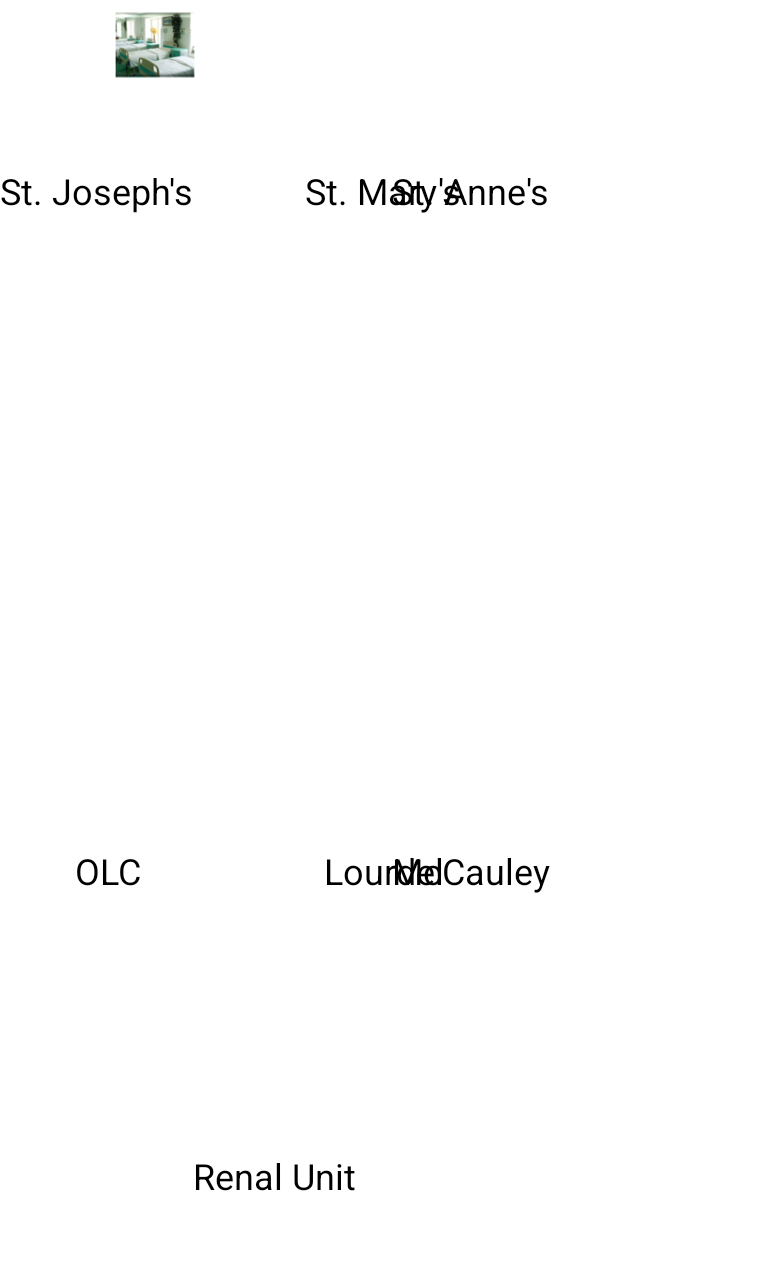
Repository: erwasambo/greendevelopment
Layout: GreenDevelopment/NASCuisine/res/layout/patientdash.xml
These files come from the project's save history. The layout is drawn as it stood at one moment and after the next save; the edit follows.
It is drawn on a 768 x 1280 px phone screen (xhdpi) without system bars, with theme AppTheme; the app's code is not run.

Above is the layout before, as saved 2013-12-03 04:30:59.

### GreenDevelopment/NASCuisine/res/layout/patientdash.xml
<?xml version="1.0" encoding="utf-8"?>
<RelativeLayout xmlns:android="http://schemas.android.com/apk/res/android"
    android:layout_width="match_parent"
    android:layout_height="match_parent" >

    <TextView
        android:id="@+id/textView2"
        android:layout_width="wrap_content"
        android:layout_height="wrap_content"
        android:layout_alignBaseline="@+id/textView1"
        android:layout_alignBottom="@+id/textView1"
        android:layout_centerHorizontal="true"
        android:text="@string/stmary"
        android:textAppearance="?android:attr/textAppearanceMedium" />

    <TextView
        android:id="@+id/textView7"
        android:layout_width="wrap_content"
        android:layout_height="wrap_content"
        android:layout_alignParentBottom="true"
        android:layout_marginBottom="40dp"
        android:layout_toRightOf="@+id/textView1"
        android:text="@string/renal"
        android:textAppearance="?android:attr/textAppearanceMedium" />

    <TextView
        android:id="@+id/textView4"
        android:layout_width="wrap_content"
        android:layout_height="wrap_content"
        android:layout_above="@+id/textView7"
        android:layout_alignRight="@+id/textView1"
        android:layout_marginBottom="128dp"
        android:layout_marginRight="26dp"
        android:text="@string/olc"
        android:textAppearance="?android:attr/textAppearanceMedium" />

    <TextView
        android:id="@+id/textView5"
        android:layout_width="wrap_content"
        android:layout_height="wrap_content"
        android:layout_alignBaseline="@+id/textView4"
        android:layout_alignBottom="@+id/textView4"
        android:layout_centerHorizontal="true"
        android:text="@string/lourdel"
        android:textAppearance="?android:attr/textAppearanceMedium" />

    <TextView
        android:id="@+id/textView1"
        android:layout_width="wrap_content"
        android:layout_height="wrap_content"
        android:layout_alignParentLeft="true"
        android:layout_alignParentTop="true"
        android:layout_marginTop="83dp"
        android:text="@string/stjoseph"
        android:textAppearance="?android:attr/textAppearanceMedium" />

    <TextView
        android:id="@+id/textView3"
        android:layout_width="wrap_content"
        android:layout_height="wrap_content"
        android:layout_alignBaseline="@+id/textView2"
        android:layout_alignBottom="@+id/textView2"
        android:layout_marginLeft="18dp"
        android:layout_toRightOf="@+id/textView7"
        android:text="@string/stanne"
        android:textAppearance="?android:attr/textAppearanceMedium" />

    <TextView
        android:id="@+id/textView6"
        android:layout_width="wrap_content"
        android:layout_height="wrap_content"
        android:layout_alignBaseline="@+id/textView5"
        android:layout_alignBottom="@+id/textView5"
        android:layout_alignRight="@+id/textView3"
        android:text="@string/mccauley"
        android:textAppearance="?android:attr/textAppearanceMedium" />

    <ImageView
        android:id="@+id/imageView1"
        android:layout_width="80dp"
        android:layout_height="80dp"
        android:layout_above="@+id/textView2"
        android:layout_alignLeft="@+id/textView4"
        android:layout_marginBottom="38dp"
        android:src="@drawable/joseph" />

</RelativeLayout>

### GreenDevelopment/NASCuisine/res/values/strings.xml
<?xml version="1.0" encoding="utf-8"?>
<resources>

    <string name="app_name">NAS Cuisine</string>
     <string name="app_namelogin">NAS Cuisine - Log in</string>




    <string name="action_settings">Settings</string>
    <string name="activity_scrollview">ScrollView</string>
    <string name="activity_listview">ListView</string>
    <string name="activity_gridview">GridView</string>
    <string name="activity_webview">WebView</string>
    <string name="activity_fragment_tabs">Fragments + Tabs</string>
    <string name="activity_fragment_tabs_vp">Fragments + Tabs + ViewPager</string>
    <string name="pref_title_stick_container">Stick layer to</string>
    <string name="pref_title_show_shadow">Show shadow</string>
    <string name="pref_title_show_offset">Closed offset</string>
    <string name="open_button_container">Open</string>
    <string name="close_button_container">Close</string>
	<string name="title_activity_main">PayPal Access</string>
    <string name="title_activity_login">Login</string>
    <string name="btn_login">Login with PayPal</string>
    <string name="progress_loading_title">Loading&#8320;</string>
    <string name="progress_loading_msg">Login is possible in a few seconds</string>
    <string name="toast_login_ok">Logged in</string>
    <string name="toast_login_failed">Login failed</string>
    <string name="login_description">This enables the user to use his PayPal credentials to login. Thus he doesn\'t have to create yet another account and remember yet another password.</string>
	<string name="login_oauth">OAuth 2.0</string>
	<string name="login_openid">OpenID</string>

    <string name="swipe_label">Swipe!</string>
    <string name="swipe_left_label">Swipe left!</string>
    <string name="swipe_right_label">Swipe right!</string>
    <string name="swipe_up_label">Swipe up!</string>
    <string name="swipe_down_label">Swipe down!</string>

    <string name="label_right">Right</string>
    <string name="label_left">Left</string>
    <string name="label_middle">Middle</string>
    <string name="label_top">Top</string>
    <string name="label_bottom">Bottom</string>

    <string name="not_applicable">n/a</string>

    <string-array name="pref_list_titles">
        <item>@string/label_right</item>
        <item>@string/label_middle</item>
        <item>@string/label_left</item>
        <item>@string/label_top</item>
        <item>@string/label_bottom</item>
    </string-array>
    <string-array name="pref_list_values">
        <item>right</item>
        <item>middle</item>
        <item>left</item>
        <item>top</item>
        <item>bottom</item>
    </string-array>

    <string name="pref_go">Go!</string>

    <string name="no_media_warning">Storage Media not present</string>
    <string name="no_media_hint">Sharing the storage media with a PC can make it inaccessible</string>
    <string name="open_failed">Unable to open document</string>
    <string name="cancel">Cancel</string>
    <string name="search_backwards">Search backwards</string>
    <string name="search_forwards">Search forwards</string>
    <string name="search_document">Search document</string>
    <string name="picker_title">NAS Cuisine</string>
    <string name="outline_title">Table of Contents</string>
    <string name="enter_password">Enter Password</string>
    <string name="text_not_found">Text not found</string>
    <string name="searching_">Searching...</string>
    <string name="link_control">Link highlighting and enabling</string>
    <string name="no_further_occurences_found">No further occurences found</string>
    <string name="gen_pdf">Generate pdf</string>
    <string name="view_pdf">View pdf</string>
    <string name="title_activity_main">MainActivity</string>
    <string name="progress_title">Generateing pdf...</string>

    <string name="taliiafrica">Julisha</string>
	<string name="main">Julisha</string>
	<string name="weather">Check Weather</string>
	<string name="rescue">Emergency Rescue</string>
	<string name="exit">Exit</string>
	<string name="srtsail">Begin Sailing</string>
	<string name="stpsail">End Sailing</string>
	<string name="chkmap">Check Map</string>
	<string name="sets">Settings</string>
	<string name="vsltype">Vessel Type:</string>
	<string name="vid">Vessel Id:</string>
	<string name="vslname">Vessel Name:</string>
	<string name="wtrbody">Water Body:</string>
	<string name="desc">General Description:</string>
	<string name="sv">Save</string>
	<string name="lgout">Logout</string>
	<string name="sail">Sailing</string>
	<string name="myacc">My Account</string>
	<string name="date">Date:</string>
	<string name="time">Time:</string>
	<string name="initloc">Initial Location:</string>
	<string name="Destination">Destination:</string>
	<string name="onboard">Number Onboard:</string>
	<string name="act">Activity:</string>
	<string name="bgnSail">Begin Sailing</string>
	<string name="currLoc">Current Location:</string>
	<string name="endsail">End Sailing</string>
	<string name="prevloc">Previous Location</string>
	<string name="desc2">Image2</string>
	<string name="login">Login</string>
	<string name="email">Email:</string>
	<string name="password">Password:</string>
	<string name="newtojulisharegister">New to Julisha? Register here</string>
	<string name="registeracc">Register New Account</string>
	<string name="fullname">Full Name</string>
	<string name="logout">Logout</string>
	<string name="briefdesc">Brief Description:</string>
	<string name="safe">Safe</string>
	<string name="minor">Minor Problem</string>
	<string name="danger">Danger</string>
	<string name="xtremedanger">Extreme Danger</string>
	<string name="signup">Sign up</string>
	<string name="donthaveacc">Don\'t have an account yet? </string>
	<string name="forgotpwd">Forgot Password</string>
	<string name="firstname">First Name</string>
	<string name="othernames">Other Names</string>
	<string name="staffno">Staff Number</string>
	<string name="cnfpassword">Confirm Password</string>
	<string name="iagree">I agree to</string>
	<string name="termsofuse">terms ofuse</string>
	<string name="perosnstoserve">Please select persons to serve</string>
	<string name="patients">Patients</string>
	<string name="func">Function</string>
	<string name="hospstaff">Hospital Staff</string>
	<string name="admin">Admin</string>
	<string name="mealord">Meal Order</string>
	<string name="drystore">Dry Store</string>
	<string name="salessummary">Sales Summary</string>
	<string name="mealsum">Meals Summary</string>
	<string name="transf">Transfer Vouchers</string>
	<string name="delivbook">Delivery Book</string>
	<string name="laundbook">Laundry Book</string>
	<string name="stjoseph">St. Joseph\'s</string>
	<string name="stmary">St. Mary\'s</string>
	<string name="stanne">St. Anne\'s</string>
	<string name="olc">OLC</string>
	<string name="lourdel">Lourdel</string>
	<string name="mccauley">McCauley</string>
	<string name="renal">Renal Unit</string>




</resources>

Loaded but not shown: GreenDevelopment/NASCuisine/res/values/styles.xml (common file); GreenDevelopment/NASCuisine/res/values-v11/styles.xml (common file); GreenDevelopment/NASCuisine/res/values-v14/styles.xml (common file)

After the next save:
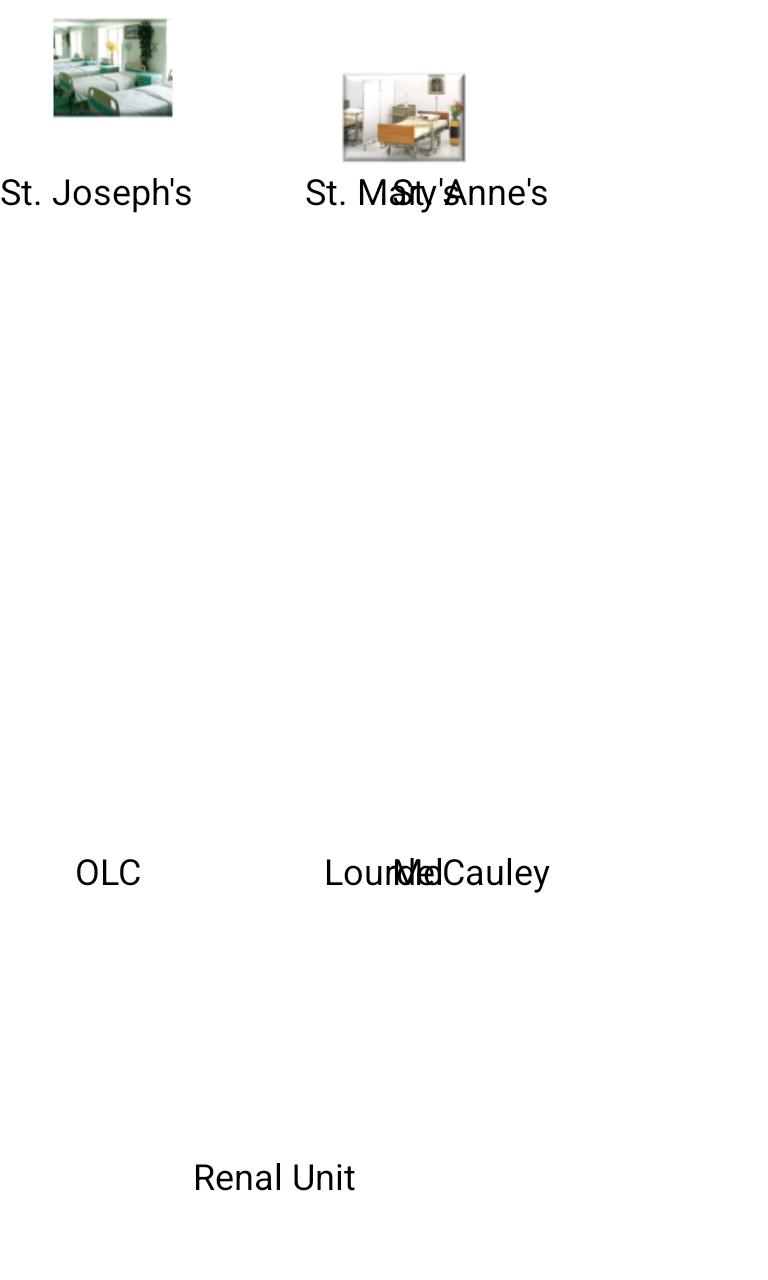
Saved 99 s later.
--- a/GreenDevelopment/NASCuisine/res/layout/patientdash.xml
+++ b/GreenDevelopment/NASCuisine/res/layout/patientdash.xml
@@ -80,8 +80,17 @@
         android:layout_width="80dp"
         android:layout_height="80dp"
         android:layout_above="@+id/textView2"
-        android:layout_alignLeft="@+id/textView4"
-        android:layout_marginBottom="38dp"
+        android:layout_alignRight="@+id/textView1"
+        android:layout_marginBottom="15dp"
         android:src="@drawable/joseph" />
 
+    <ImageView
+        android:id="@+id/imageView2"
+        android:layout_width="80dp"
+        android:layout_height="80dp"
+        android:layout_alignLeft="@+id/textView5"
+        android:layout_alignParentTop="true"
+        android:layout_marginTop="19dp"
+        android:src="@drawable/mary" />
+
 </RelativeLayout>
